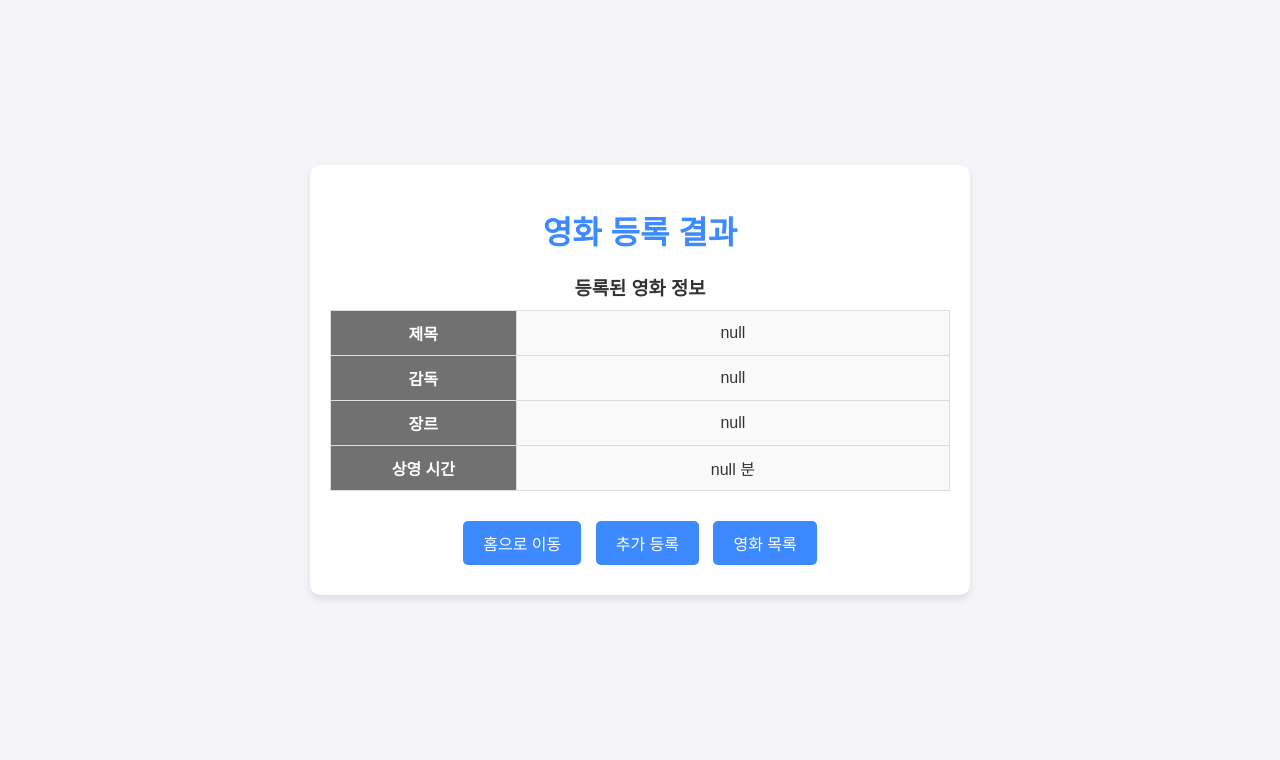
Repository: s00ngle/SSAFY-BE
Page: http://localhost/back_db_ws_10_2/regist_result.jsp
These files come from the project's save history. The page is drawn as it stood at one moment and after the next save; the edit follows.
The browser window is 1280 px wide. The pictures show the whole page.
The pointer rests on the first visible `a`.
The page is served by Tomcat 10. The template is opened directly, without the code that normally fills it, so the values that code supplies are empty.

Above is the page before, as saved 2024-09-25 05:57:21.

After the next save:
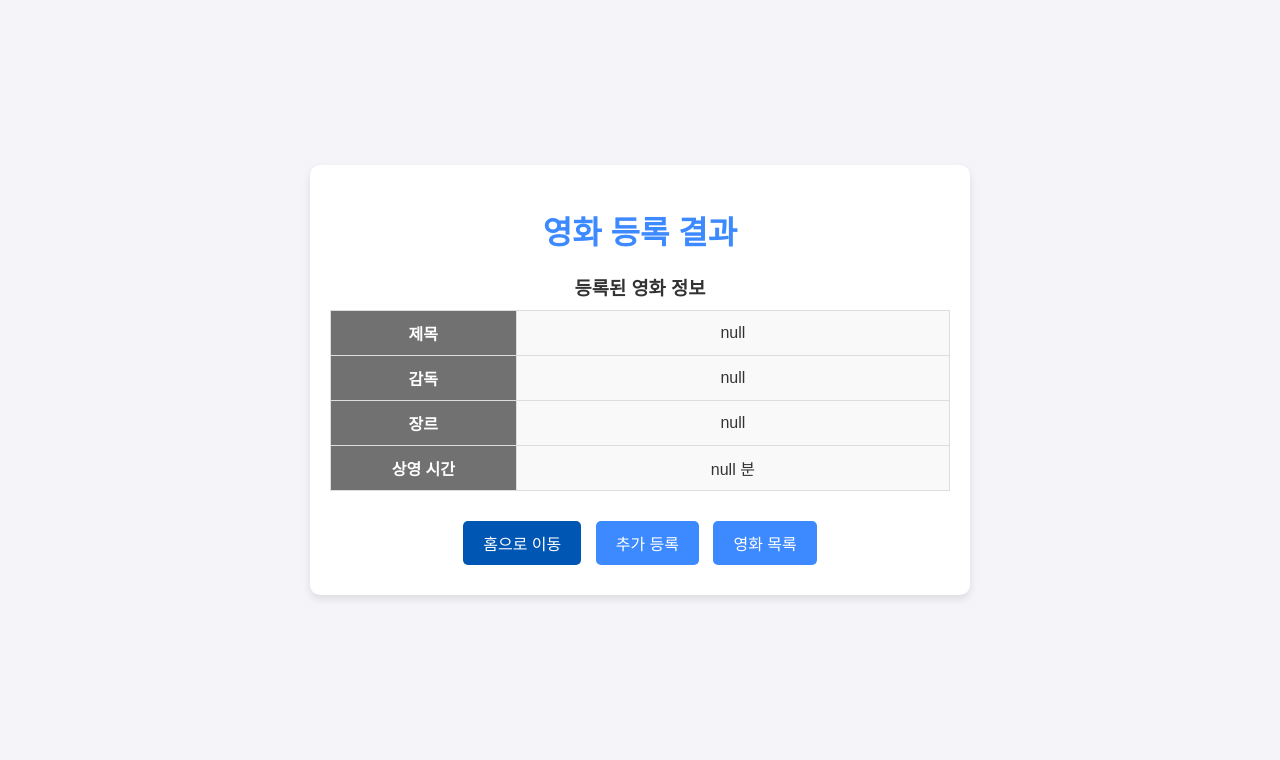
Saved 59 s later.
--- a/back_db_ws_10_2/src/main/webapp/regist_result.jsp
+++ b/back_db_ws_10_2/src/main/webapp/regist_result.jsp
@@ -78,7 +78,7 @@
         }
 
         a:hover {
-            background-color: #3d89ff;
+            background-color: #0056b3;
         }
 
         .button-container {
